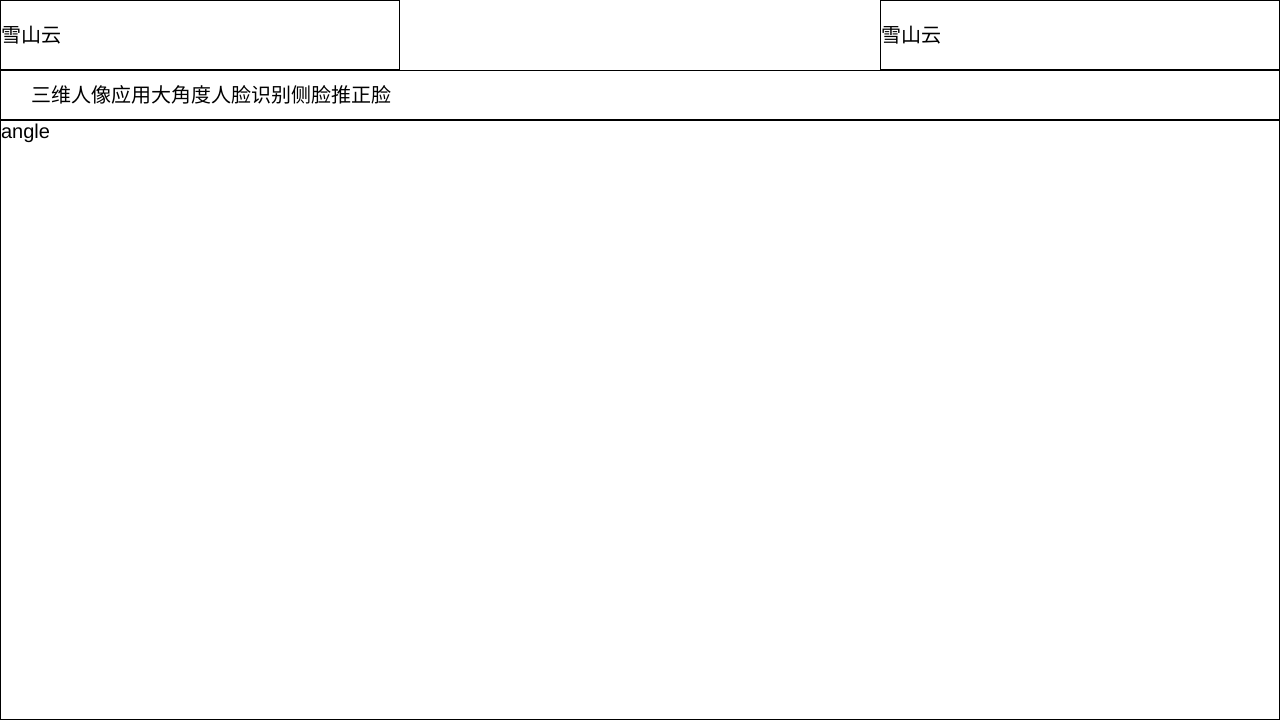
Repository: fyt2020/pubilcDemlo
Page: /
An editor plug-in stored every save of this project. The page is shown before and after the next save, followed by the edit.
The browser window is 1280 px wide. The pictures show the whole page.
The project was rebuilt for these pictures with package versions that can differ from the ones it lists, and the page was loaded fresh each time.

Above is the page before, as saved 2020-04-27 11:57:15.

After the next save:
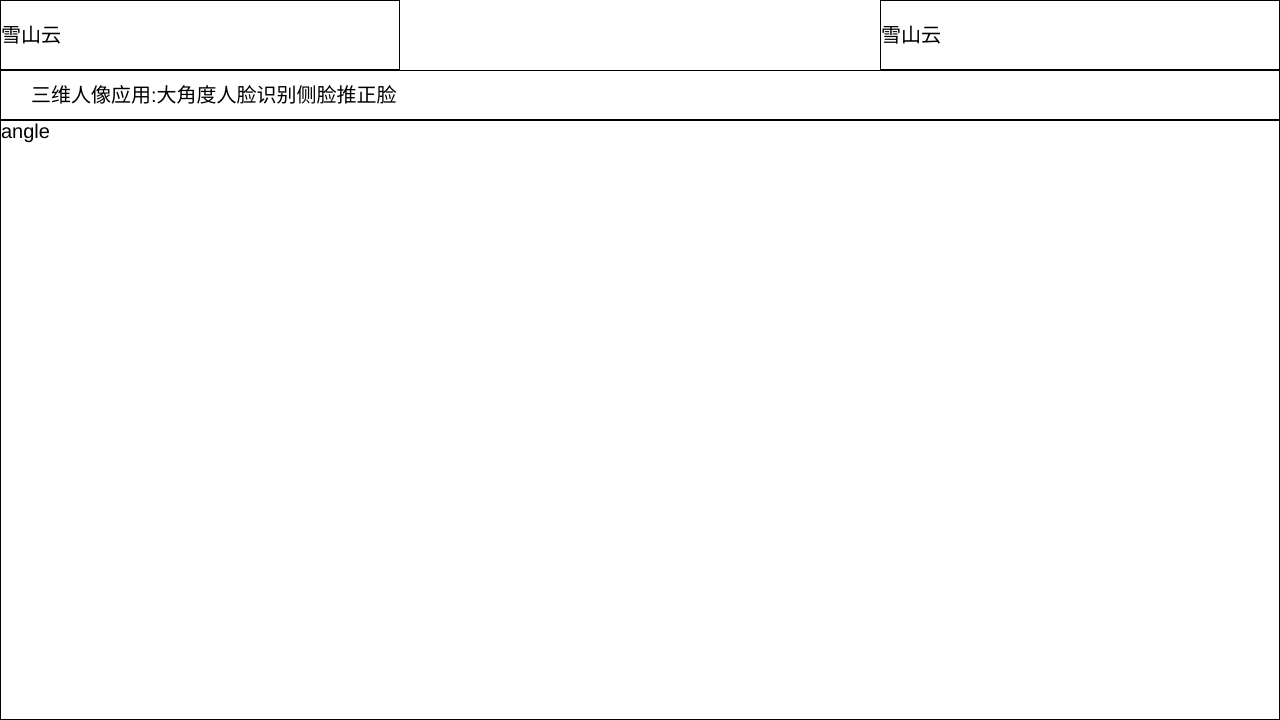
Saved 5 s later.
--- a/src/pages/Home.vue
+++ b/src/pages/Home.vue
@@ -13,7 +13,7 @@
            </div>
       </div>
       <div class="navigation">
-            <span>三维人像应用</span>
+            <span>三维人像应用:</span>
             <router-link tag="li" :to="{name:'bigAngle'}">大角度人脸识别</router-link>
             <router-link tag="li" :to="{name:'face'}">侧脸推正脸</router-link>
       </div>
